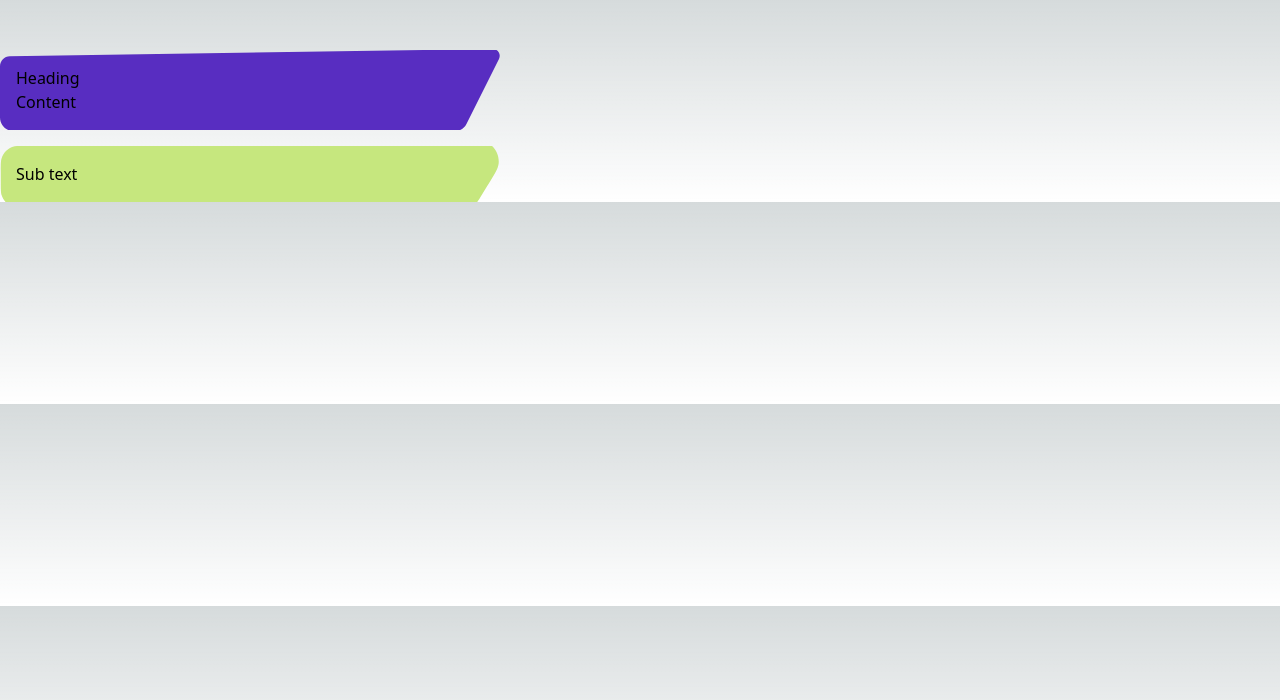
Repository: PreciousOritsedere/jasere-test
Page: /
An editor plug-in stored every save of this project. The page is shown before and after the next save, followed by the edit.
The browser window is 1280 px wide. The pictures show the whole page.
The project was rebuilt for these pictures with package versions that can differ from the ones it lists, and the page was loaded fresh each time. The framework's server and built-in components were replaced by stand-ins that run in the browser. Also part of the build but not shown: next.config.mjs.

Above is the page before, as saved 2024-03-26 15:35:37.

After the next save:
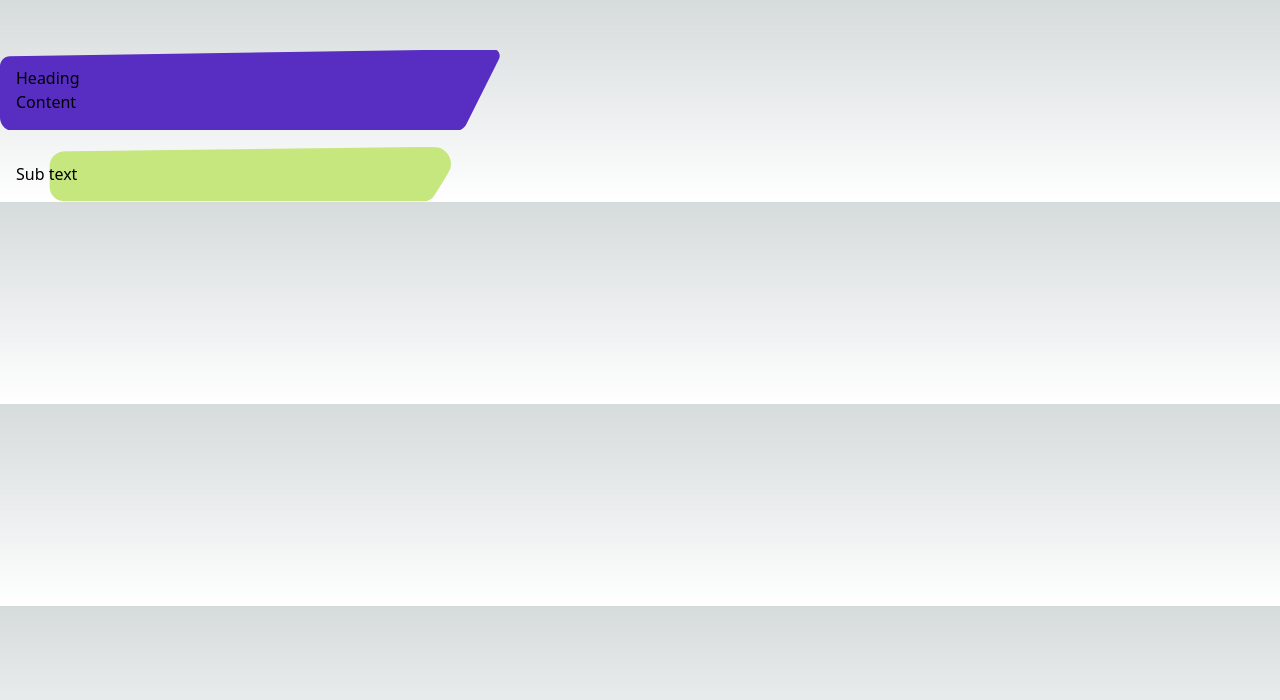
Saved 31 s later.
--- a/src/styles/globals.css
+++ b/src/styles/globals.css
@@ -51,7 +51,7 @@ body {
   overflow: hidden; /* Hide overflow */
   /* Add your background image here, using the path to your SVG */
   background-image: url('/Rectangle 2.svg');
-  background-size: cover; /* This will cover the entire div with your SVG */
+  background-size: contain; /* This will cover the entire div with your SVG */
   background-repeat: no-repeat;
   /* You might want to adjust this to position your background as needed */
   background-position: center;
